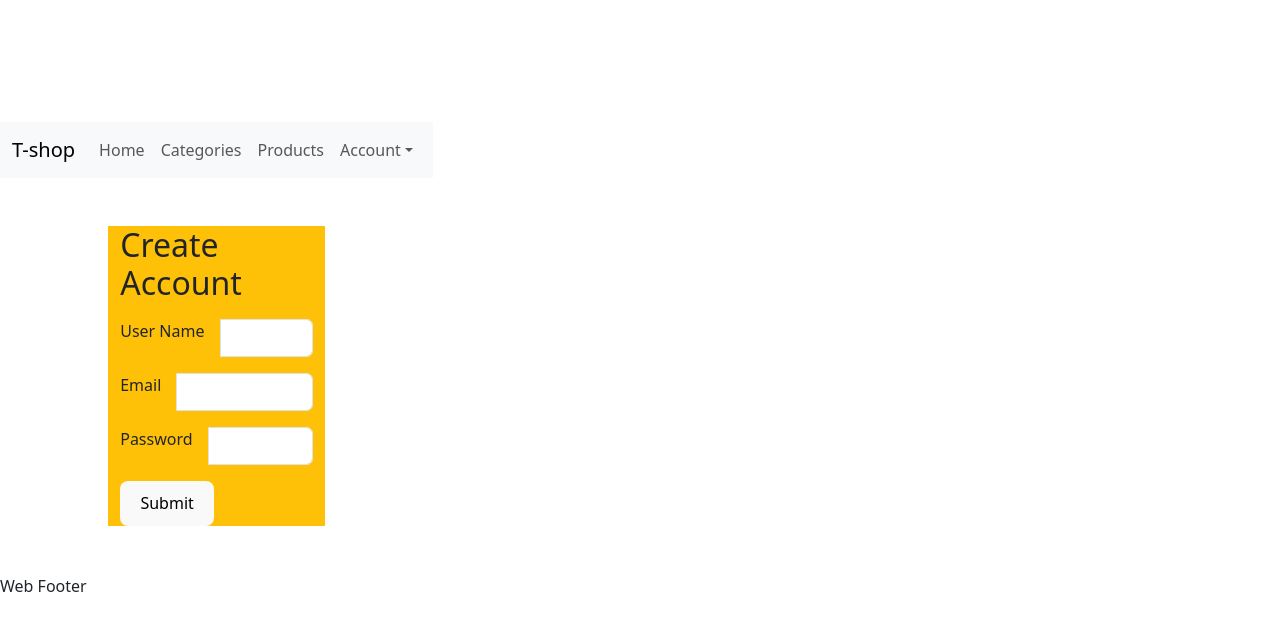
Repository: HadelAbdellatif/ecommerce1
Page: /register
An editor plug-in stored every save of this project. The page is shown before and after a run of saves, followed by the edit.
The browser window is 1280 px wide. The pictures show the whole page.
The project was rebuilt for these pictures with package versions that can differ from the ones it lists, and the page was loaded fresh each time. Also part of the build but not shown: vite.config.js, src/components/web/home/Home.jsx, src/components/web/categories/Categories.jsx, src/components/dashboard/navbar/Navbar.jsx, src/components/dashboard/footer/Footer.jsx, src/layouts/DashboardLayout.jsx, src/components/dashboard/home/Home.jsx, src/components/dashboard/categories/Categories.jsx.

Above is the page before, as saved 2023-11-25 15:09:45.

After the next 5 saves:
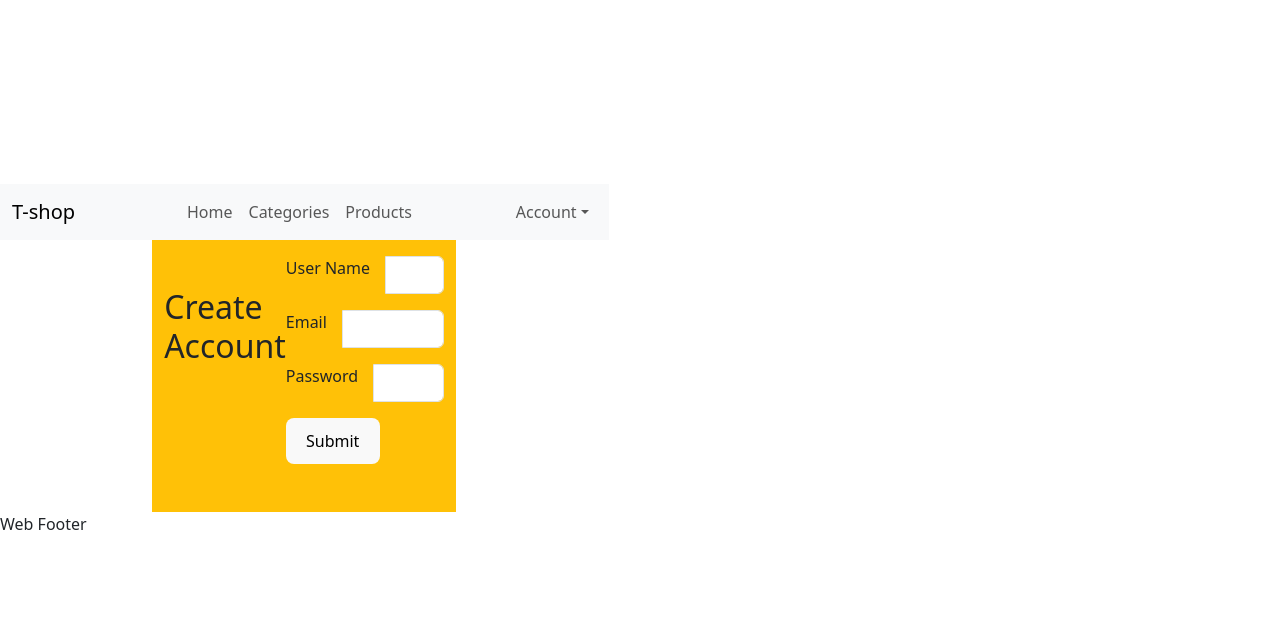
The 5 saves are shown as one change because they came seconds apart.
The last was saved 14 s later.
--- a/src/components/web/register/Register.jsx
+++ b/src/components/web/register/Register.jsx
@@ -82,7 +82,7 @@ export default function Register() {
 
     return (
         <>
-            <div className="container bg-warning w-50">
+            <div className="container bg-warning w-50 d-flex align-content-center ">
                 <h2 className='mt-5'>Create Account</h2>
                 <div className=' '>
 
